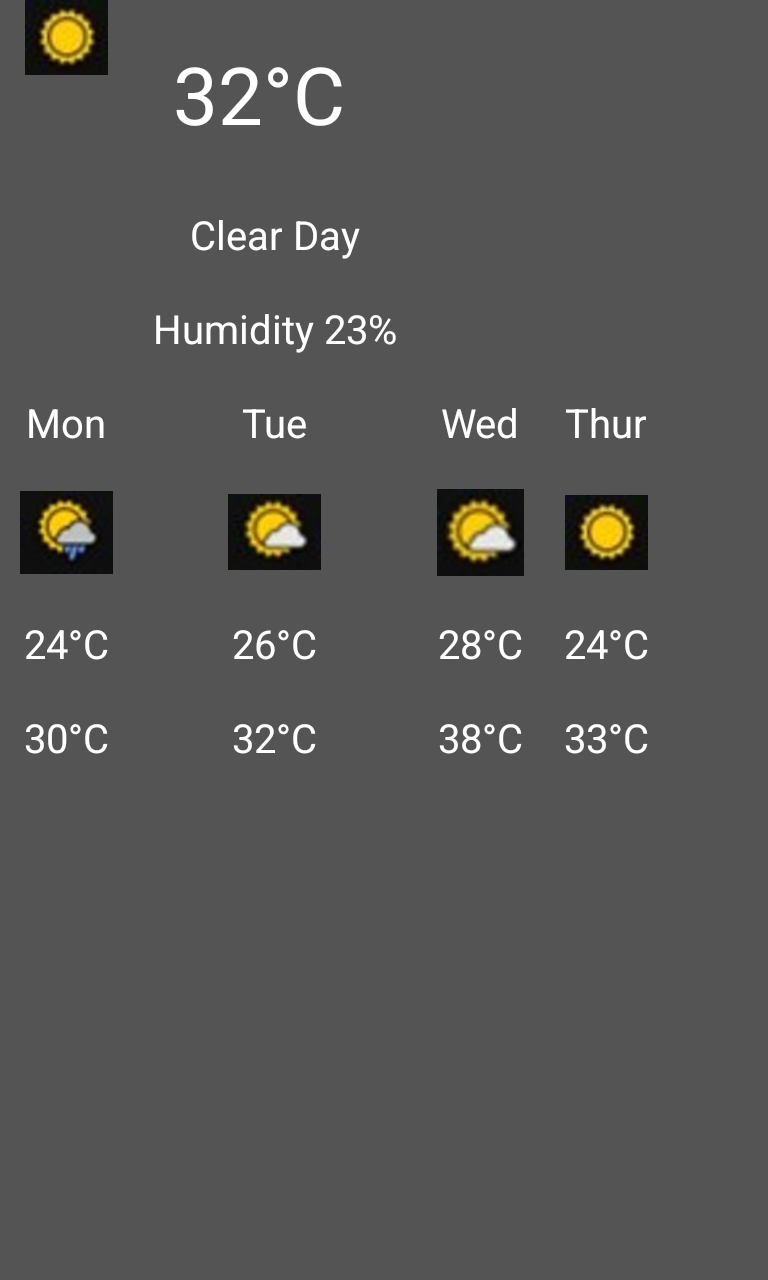
Repository: 12030121002/androideventhandling
Layout: Demo/res/layout/weather.xml
These files come from the project's save history. The layout is drawn as it stood at one moment and after the next save; the edit follows.
It is drawn on a 768 x 1280 px phone screen (xhdpi) without system bars, with theme AppTheme; the app's code is not run.

Above is the layout before, as saved 2014-12-08 05:19:14.

After the next save:
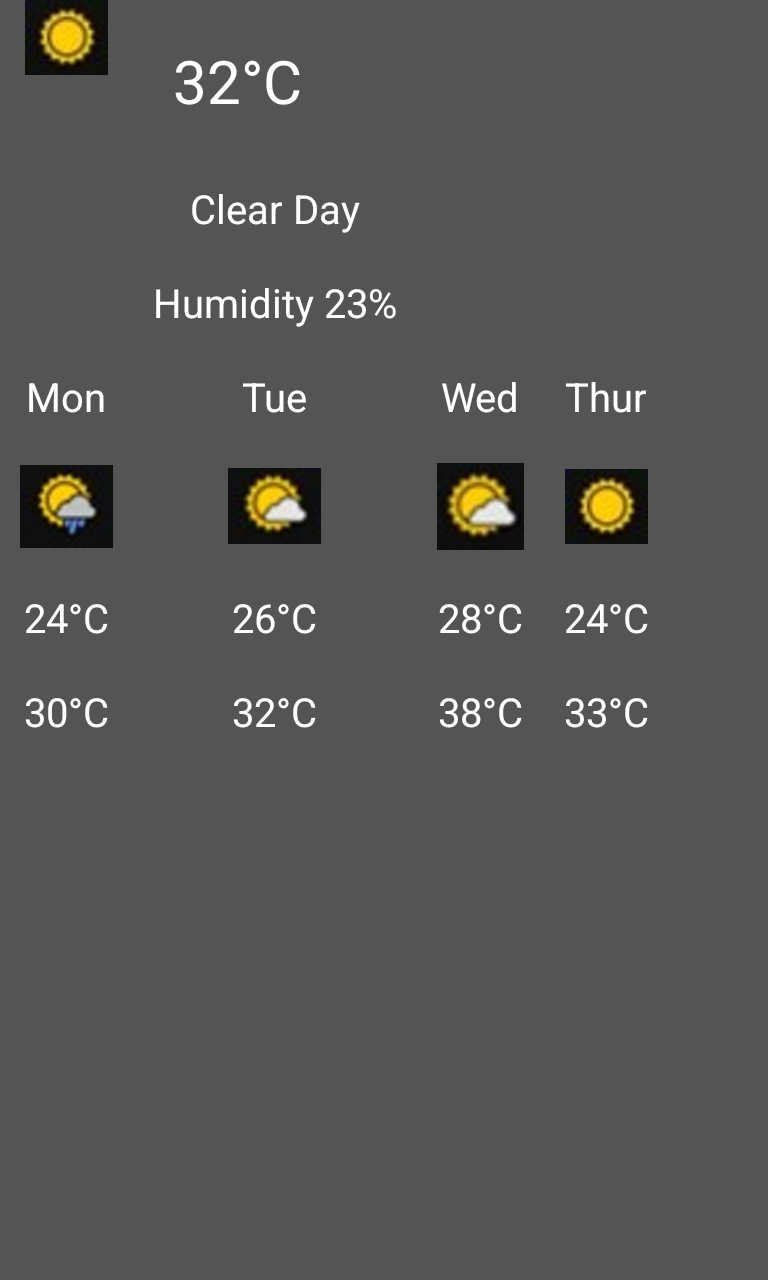
Saved 34 s later.
--- a/Demo/res/layout/weather.xml
+++ b/Demo/res/layout/weather.xml
@@ -19,7 +19,7 @@
    		android:text="@string/deg"
         android:textColor="@color/white"
         android:padding="20dp"
-        android:textSize="40sp"
+        android:textSize="30sp"
         />
     </TableRow>
   <TableRow android:layout_width="wrap_content"
